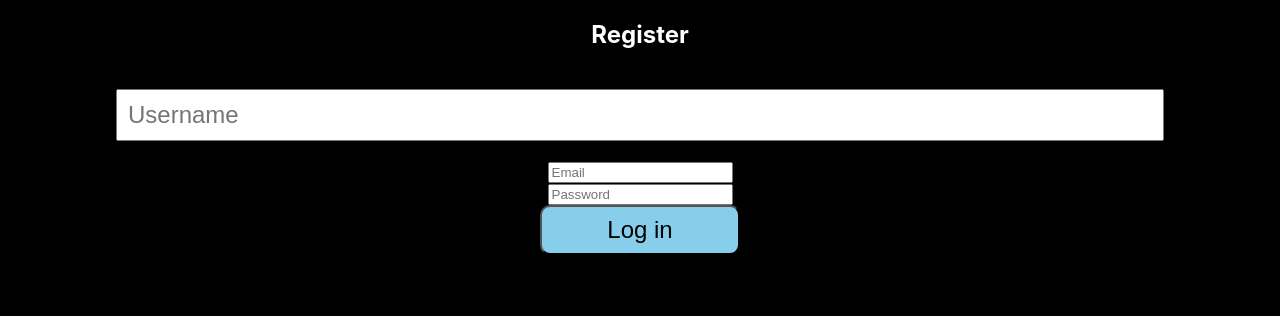
Repository: abhaysharma20233009/swiftKey
Page: /login (app in frontend/my-app/)
The author's editor kept a copy of each file at every save. The page is drawn from the files as they stood at one save, then again after the next save.
The browser window is 1280 px wide. The pictures show the whole page.
The project was rebuilt for these pictures with package versions that can differ from the ones it lists, and the page was loaded fresh each time. Also part of the build but not shown: frontend/my-app/src/Swifts.js, frontend/my-app/src/Results.js.

Above is the page before, as saved 2024-10-10 16:42:13.

After the next save:
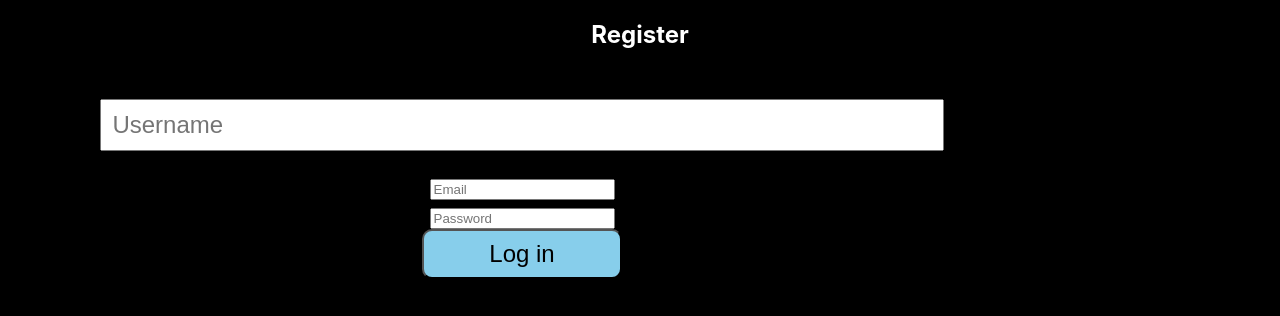
Saved 86 s later.
--- a/frontend/my-app/src/App.css
+++ b/frontend/my-app/src/App.css
@@ -21,17 +21,10 @@ body{
 
 
 
-.para{
-  width:10%;
+
+.in{
+  font-size: 24px;
+  width: 80%;
+  padding: 10px;
+  margin: 20px 0;
 }
-
-
-.lo{
-  text-align: center;
-}
-.in{
-  font-size: '24px';
-  width: '80%';
-  padding: '10px';
-  margin: '20px 0';
-}

After the save that followed:
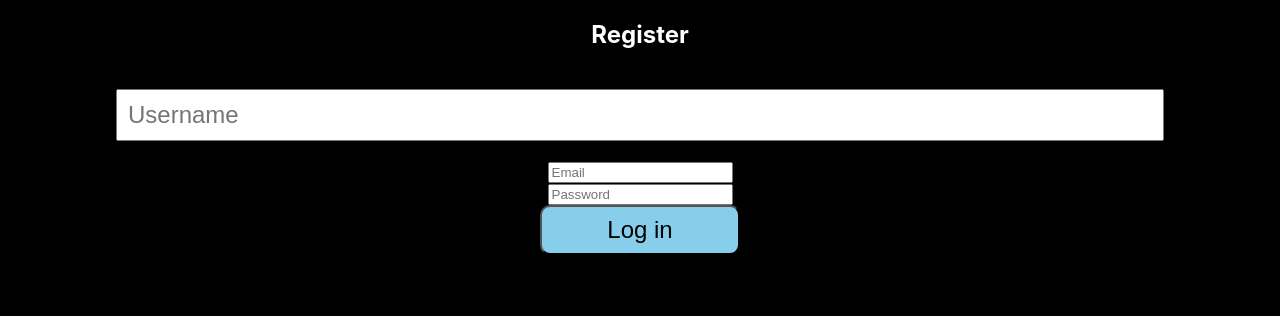
Saved 22 s later.
--- a/frontend/my-app/src/Login.js
+++ b/frontend/my-app/src/Login.js
@@ -50,20 +50,14 @@ const Login = () => {
     return (
         <div>
             <h2>Register</h2>
-            <form   className="in">
+            <form >
                 <input
-
+                    className="in"
                     type="text"
                     placeholder="Username"
                     value={username}
                     onChange={(e) => setUsername(e.target.value)}
                     required
-                    style={{
-                        fontSize: '24px',
-                        width: '80%',
-                        padding: '10px',
-                        margin: '20px 0',
-                    }}
                 />
                 <br/>
                 <input
